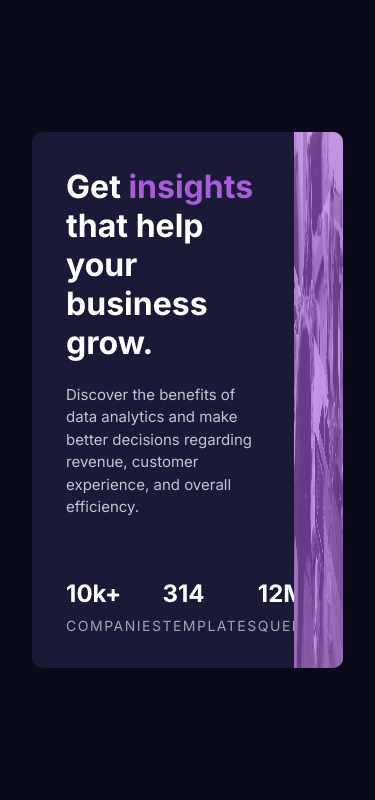
Repository: keisewarsame/stats-preview-frontendmentor
Page: index.html
These files come from the project's save history. The page is drawn as it stood at one moment and after the next save; the edit follows.
The browser window is 375 px wide. The pictures show the whole page.

Above is the page before, as saved 2022-07-12 14:24:29.

After the next save:
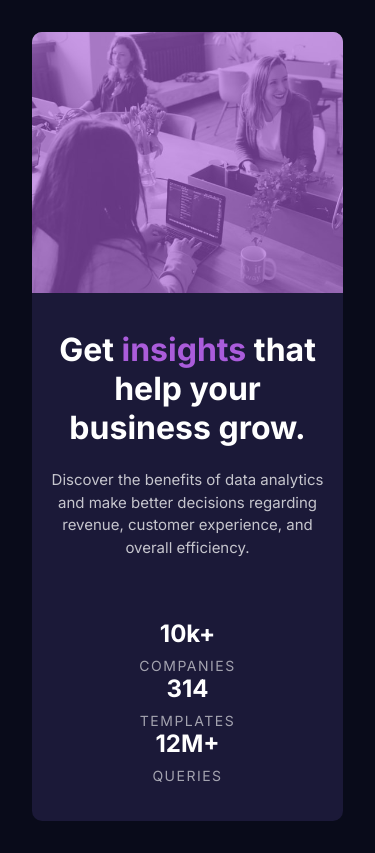
Saved 19 s later.
--- a/styles.css
+++ b/styles.css
@@ -89,7 +89,7 @@ img {
     background-color: hsla(277, 64%, 61%, 0.6);;
 }
 
-@media screen (max-width: 425px) {
+@media screen and (max-width: 425px) {
     body {
         text-align: center;
     }
